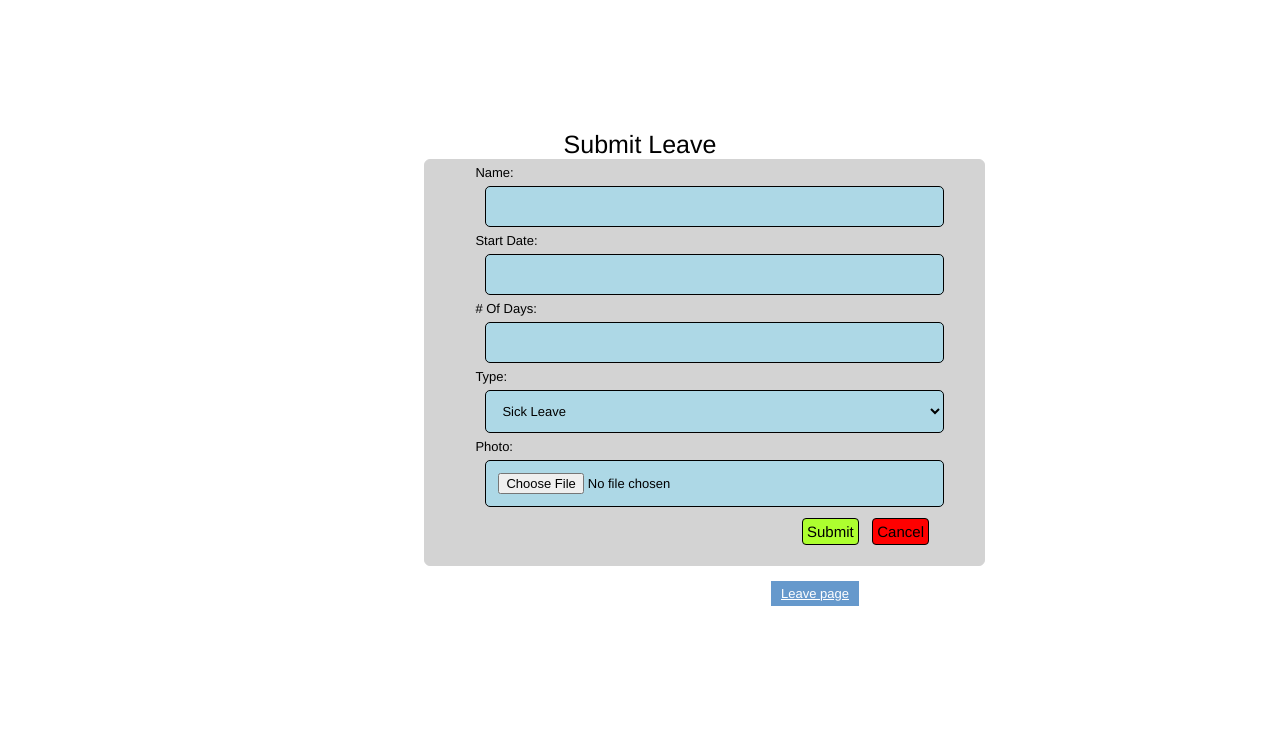
Repository: Murad71/BasicCRUD
Page: index.html
The author's editor kept a copy of each file at every save. The page is drawn from the files as they stood at one save, then again after the next save.
The browser window is 1280 px wide. The pictures show the whole page.

Above is the page before, as saved 2023-04-18 21:44:19.

After the next save:
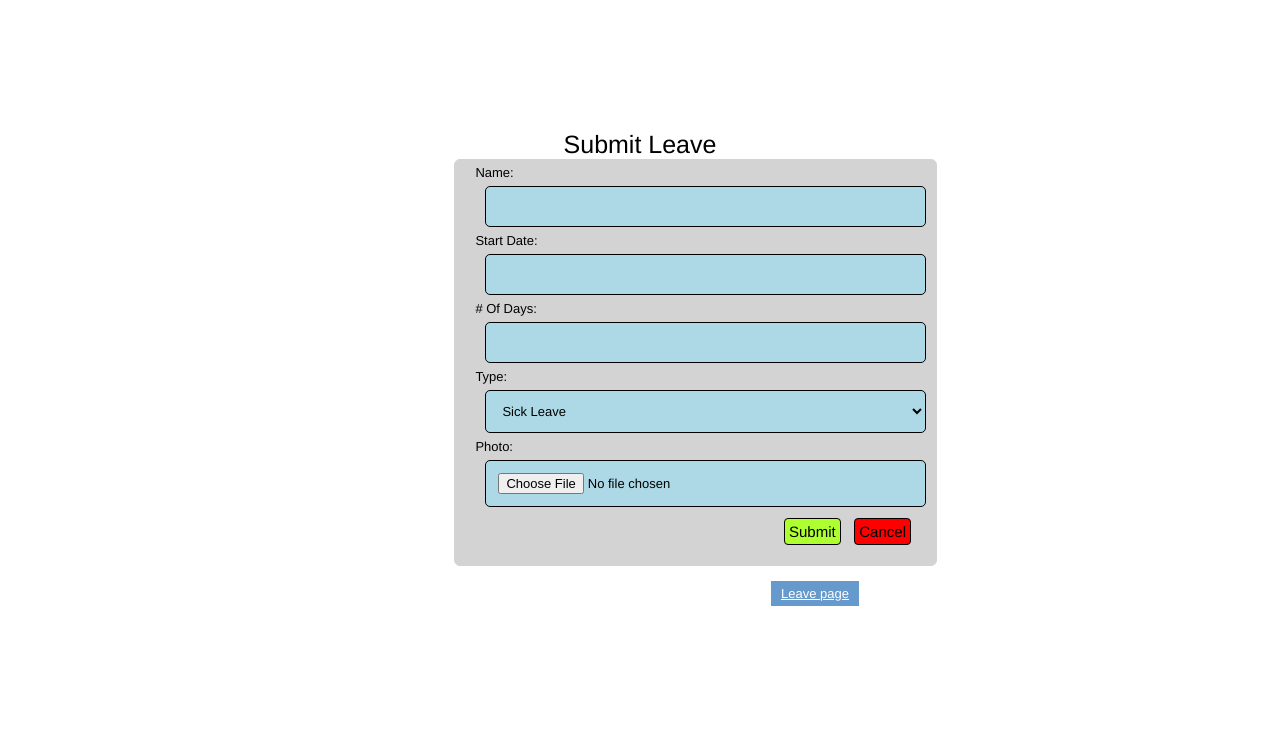
Saved 12 s later.
--- a/index.css
+++ b/index.css
@@ -15,7 +15,7 @@
 
 .container {
   background-color: lightgray;
-  padding: 5px 50px 15px 50px;
+  padding: 5px 20px 15px 20px;
   border: 1px solid lightgray;
   border-radius: 6px;
   flex-direction: column;
